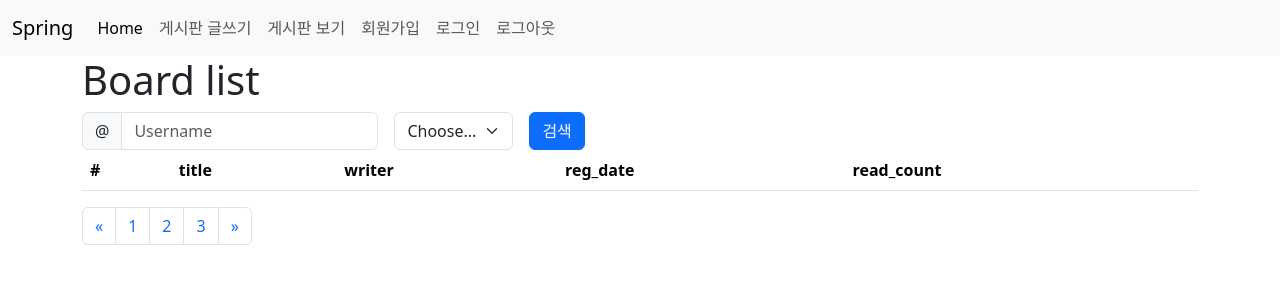
Repository: kimnoanoa/springTest240430
Page: http://localhost/spring_study/WEB-INF/views/board/list.jsp
These files come from the project's save history. The page is drawn as it stood at one moment and after the next save; the edit follows.
The browser window is 1280 px wide. The pictures show the whole page.
The page is served by Tomcat 9. Nobody is signed in. The template is opened directly, without the code that normally fills it, so the values that code supplies are empty.

Above is the page before, as saved 2024-04-24 08:12:39.

### spring_study/src/main/webapp/WEB-INF/views/board/list.jsp
<%@ page language="java" contentType="text/html; charset=UTF-8"
    pageEncoding="UTF-8"%>
  <%@ taglib uri="http://java.sun.com/jsp/jstl/core" prefix="c" %>

<jsp:include page="../layout/header.jsp"></jsp:include>
<div class="container-md">
	<h1>Board list</h1>
	<!-- 검색 -->
	<form class="row row-cols-lg-auto g-3 align-items-center">
  <div class="col-12">
    <label class="visually-hidden" for="inlineFormInputGroupUsername">Username</label>
    <div class="input-group">
      <div class="input-group-text">@</div>
      <input type="text" class="form-control" id="inlineFormInputGroupUsername" placeholder="Username">
    </div>
  </div>

  <div class="col-12">
    <label class="visually-hidden" for="inlineFormSelectPref">Preference</label>
    <select class="form-select" id="inlineFormSelectPref">
      <option selected>Choose...</option>
      <option value="1">One</option>
      <option value="2">Two</option>
      <option value="3">Three</option>
    </select>
  </div>

  <div class="col-12">
    <button type="submit" class="btn btn-primary">검색</button>
  </div>
</form>
	<table class="table table-hover">
		<thead>
			<tr>
				<th>#</th>
				<th>title</th>
				<th>writer</th>
				<th>reg_date</th>
				<th>read_count</th>
			</tr>
		</thead>
		<tbody>
			<c:forEach items="${list }" var="bvo">
			<tr>
				<td>${bvo.bno }</td>
				<td><a href="/board/detail?bno=${bvo.bno}">${bvo.title }</a></td>
				<td>${bvo.writer }</td>
				<td>${bvo.reg_date }</td>
				<td>${bvo.read_count }</td>
			</tr>
			</c:forEach>
		</tbody>
	</table>

	<!-- 페이지네이션 -->
	<nav aria-label="Page navigation example">
  <ul class="pagination">
    <li class="page-item">
      <a class="page-link" href="#" aria-label="Previous">
        <span aria-hidden="true">&laquo;</span>
      </a>
    </li>
    <li class="page-item"><a class="page-link" href="#">1</a></li>
    <li class="page-item"><a class="page-link" href="#">2</a></li>
    <li class="page-item"><a class="page-link" href="#">3</a></li>
    <li class="page-item">
      <a class="page-link" href="#" aria-label="Next">
        <span aria-hidden="true">&raquo;</span>
      </a>
    </li>
  </ul>
</nav>
</div>
<jsp:include page="../layout/footer.jsp"></jsp:include>

### spring_study/src/main/webapp/WEB-INF/views/layout/header.jsp
<%@ page language="java" contentType="text/html; charset=UTF-8"
    pageEncoding="UTF-8"%>
<!DOCTYPE html>
<html>
<head>
<meta charset="UTF-8">
<title>header.jsp</title>
</head>
<link href="https://cdn.jsdelivr.net/npm/bootstrap@5.3.3/dist/css/bootstrap.min.css" rel="stylesheet" integrity="sha384-QWTKZyjpPEjISv5WaRU9OFeRpok6YctnYmDr5pNlyT2bRjXh0JMhjY6hW+ALEwIH" crossorigin="anonymous">
<script src="https://cdn.jsdelivr.net/npm/bootstrap@5.3.3/dist/js/bootstrap.bundle.min.js" integrity="sha384-YvpcrYf0tY3lHB60NNkmXc5s9fDVZLESaAA55NDzOxhy9GkcIdslK1eN7N6jIeHz" crossorigin="anonymous"></script>
<body>
<nav class="navbar navbar-expand-lg bg-body-tertiary">
  <div class="container-fluid">
    <a class="navbar-brand" href="#">Spring</a>
    <button class="navbar-toggler" type="button" data-bs-toggle="collapse" data-bs-target="#navbarSupportedContent" aria-controls="navbarSupportedContent" aria-expanded="false" aria-label="Toggle navigation">
      <span class="navbar-toggler-icon"></span>
    </button>
    <div class="collapse navbar-collapse" id="navbarSupportedContent">
      <ul class="navbar-nav me-auto mb-2 mb-lg-0">
        <li class="nav-item">
          <a class="nav-link active" aria-current="page" href="#">Home</a>
        </li>
        <li class="nav-item">
          <a class="nav-link" href="/board/register">게시판 글쓰기</a>
        </li>
        <li class="nav-item">
          <a class="nav-link" href="/board/list">게시판 보기</a>
        </li>
        <li class="nav-item">
          <a class="nav-link" href="#">회원가입</a>
        </li>
        <li class="nav-item">
          <a class="nav-link" href="#">로그인</a>
        </li>
        <li class="nav-item">
          <a class="nav-link" href="#">로그아웃</a>
        </li>
        </ul>
    </div>
  </div>
</nav>

### spring_study/src/main/webapp/WEB-INF/views/layout/footer.jsp
<%@ page language="java" contentType="text/html; charset=UTF-8"
    pageEncoding="UTF-8"%>
<div>
<!-- 2024 Spring Project -->
</div>
</body>
</html>

After the next save:
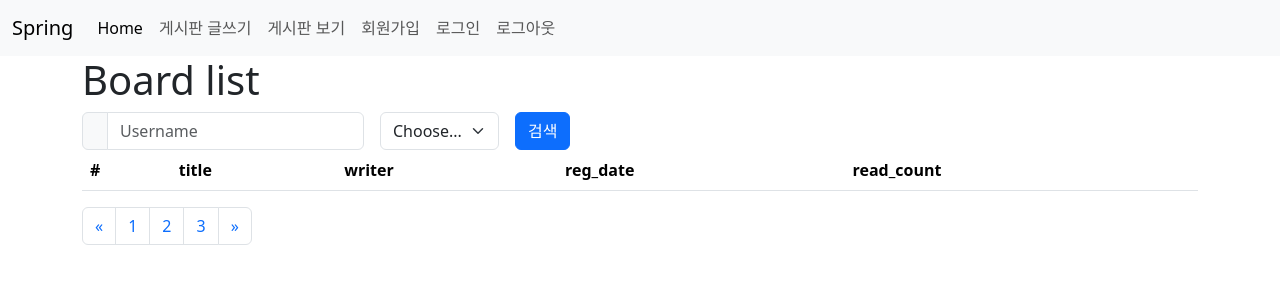
Saved 34 s later.
--- a/spring_study/src/main/webapp/WEB-INF/views/board/list.jsp
+++ b/spring_study/src/main/webapp/WEB-INF/views/board/list.jsp
@@ -8,9 +8,9 @@
 	<!-- 검색 -->
 	<form class="row row-cols-lg-auto g-3 align-items-center">
   <div class="col-12">
-    <label class="visually-hidden" for="inlineFormInputGroupUsername">Username</label>
+    <label class="visually-hidden" for="inlineFormInputGroupUsername">검색어를 입력하세요.</label>
     <div class="input-group">
-      <div class="input-group-text">@</div>
+      <div class="input-group-text"></div>
       <input type="text" class="form-control" id="inlineFormInputGroupUsername" placeholder="Username">
     </div>
   </div>
